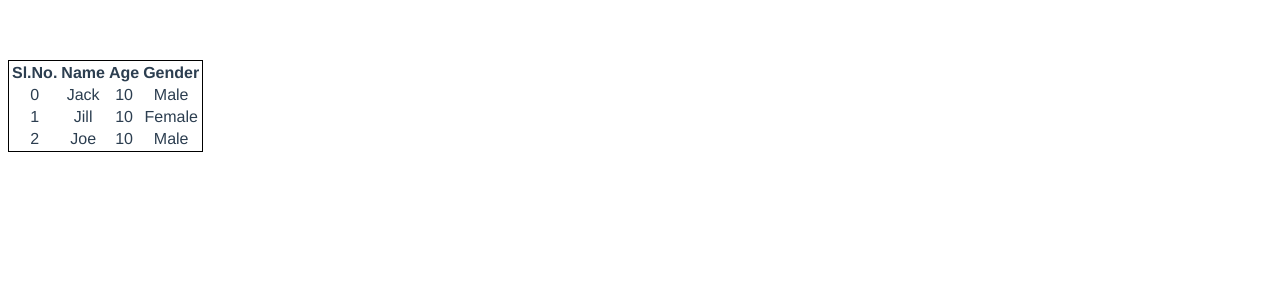
Repository: tysonpaul89/vue-student-crud
Page: /
An editor plug-in stored every save of this project. The page is shown before and after the next save, followed by the edit.
The browser window is 1280 px wide. The pictures show the whole page.
The project was rebuilt for these pictures with package versions that can differ from the ones it lists, and the page was loaded fresh each time.

Above is the page before, as saved 2020-04-10 16:54:44.

### src/App.vue
<template>
  <div id="app">
    <StudentListng />
  </div>
</template>

<script>
import StudentListng from './components/StudentListng.vue'

export default {
  name: 'App',
  components: {
    StudentListng
  }
}
</script>

<style>
#app {
  font-family: Avenir, Helvetica, Arial, sans-serif;
  -webkit-font-smoothing: antialiased;
  -moz-osx-font-smoothing: grayscale;
  text-align: center;
  color: #2c3e50;
  margin-top: 60px;
}
</style>

### src/components/StudentListng.vue
<template>
    <div class="container">
        <table>
            <thead>
                <tr>
                    <th>Sl.No.</th>
                    <th>Name</th>
                    <th>Age</th>
                    <th>Gender</th>
                </tr>
            </thead>
            <tbody>
                <tr v-for="(student, index) in studentList" :key="student.id">
                    <td>{{ index }}</td>
                    <td>{{ student.name }}</td>
                    <td>{{ student.age }}</td>
                    <td>{{ student.gender }}</td>
                </tr>
            </tbody>
        </table>
    </div>
</template>

<script>
export default {
    data() {
        return {
            studentList: [
                { id:1, name: 'Jack', age: 10, gender: 'Male', birthMonth: 7, birthYear: 2008 },
                { id:2, name: 'Jill', age: 10, gender: 'Female', birthMonth: 7, birthYear: 2008 },
                { id:3, name: 'Joe', age: 10, gender: 'Male', birthMonth: 7, birthYear: 2008 },
            ]
        }
    }
}
</script>

<style scoped>
    table {
        border: 1px solid #000;
    }
</style>

Loaded but not shown: public/index.html (common file); src/main.js (common file)

After the next save:
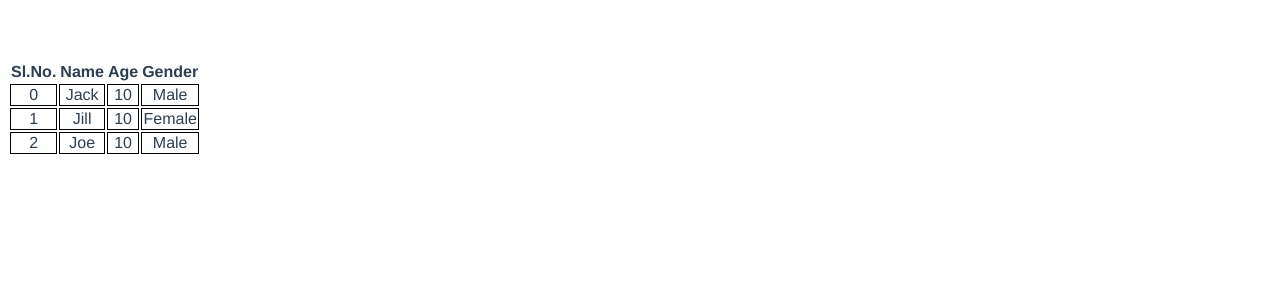
Saved 14 s later.
--- a/src/components/StudentListng.vue
+++ b/src/components/StudentListng.vue
@@ -36,7 +36,7 @@ export default {
 </script>
 
 <style scoped>
-    table {
+    table td {
         border: 1px solid #000;
     }
 </style>
